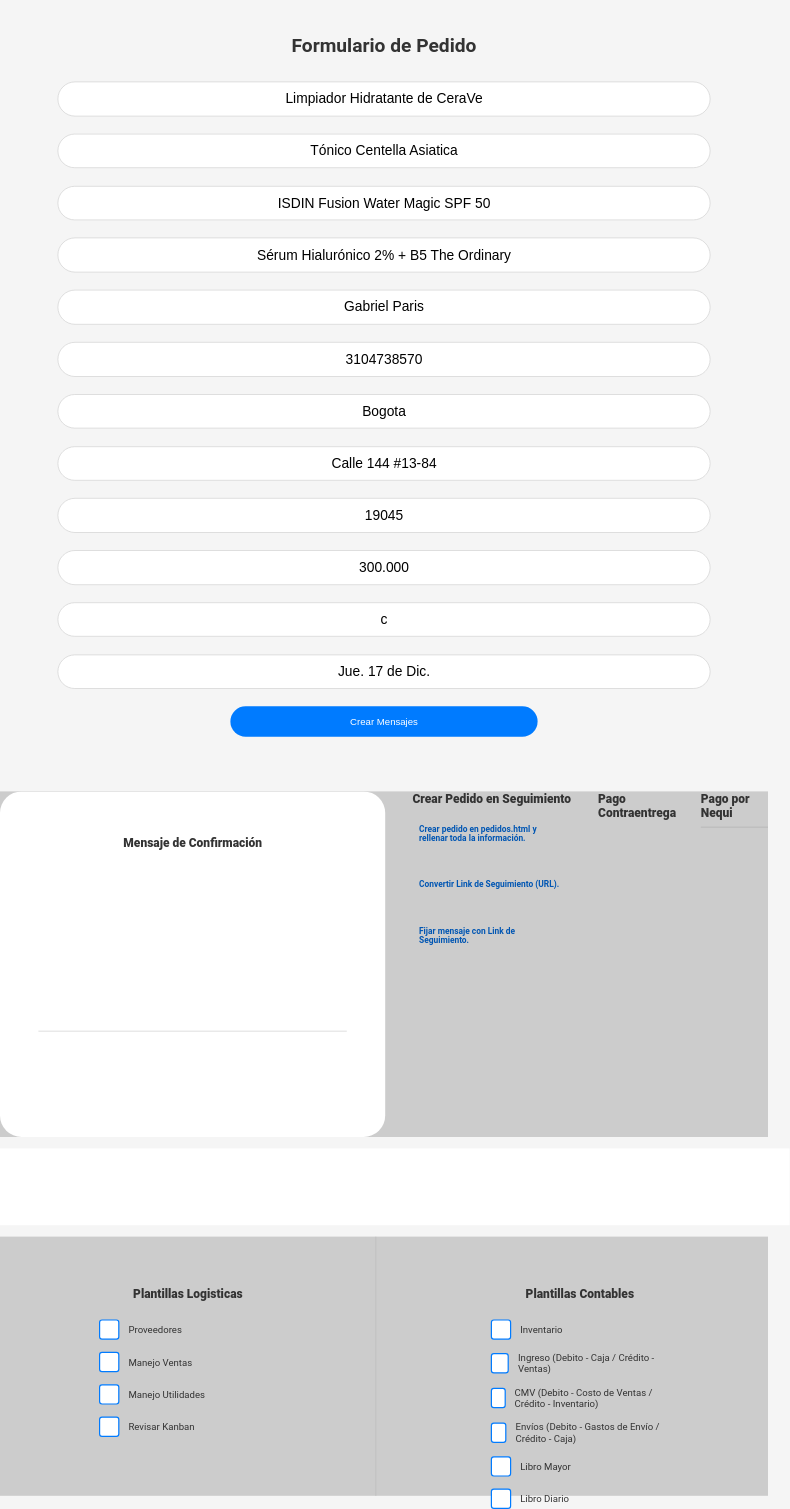
Repository: aCoupon0/intranet
Page: 1/venta-1.html
An editor plug-in stored every save of this project. The page is shown before and after the next save, followed by the edit.
The browser window is 1280 px wide. The page is 1316 px wide, so the pictures cover 1316 px, including what lies to the right of the window. The pictures show the whole page, at 60% of full size.

Above is the page before, as saved 2024-12-13 13:29:51.

After the next save:
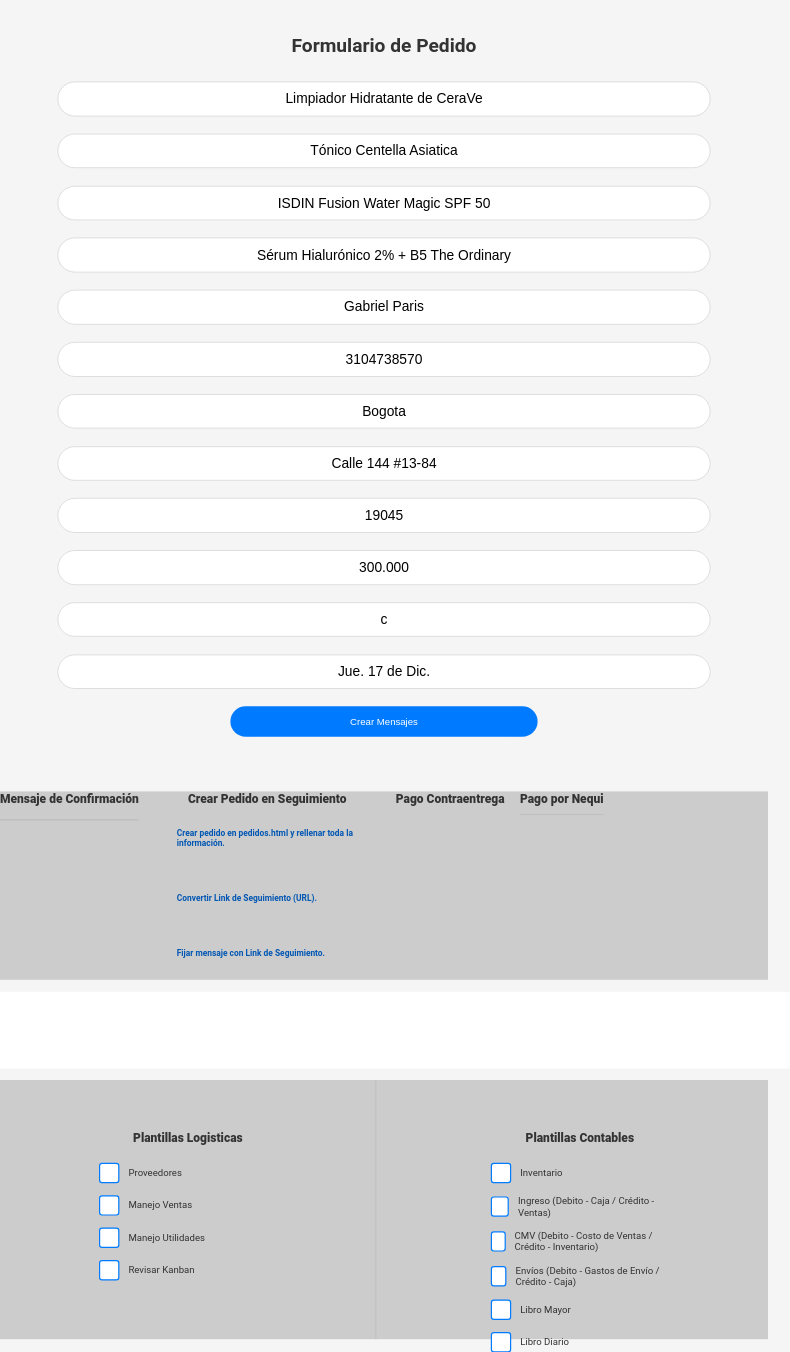
Saved 20 s later.
--- a/1/venta-1.html
+++ b/1/venta-1.html
@@ -33,7 +33,7 @@
     <button id="boton-enviar" class="boton-enviar">Crear Mensajes</button>
 
     <div class="primera-fase">
-        <div class="section-step">
+        <div class="section-dual">
             <div class="section-dual-title">Mensaje de Confirmación</div>
             <div class="section-dual-1"></div>
             <div class="section-dual-2"></div>
